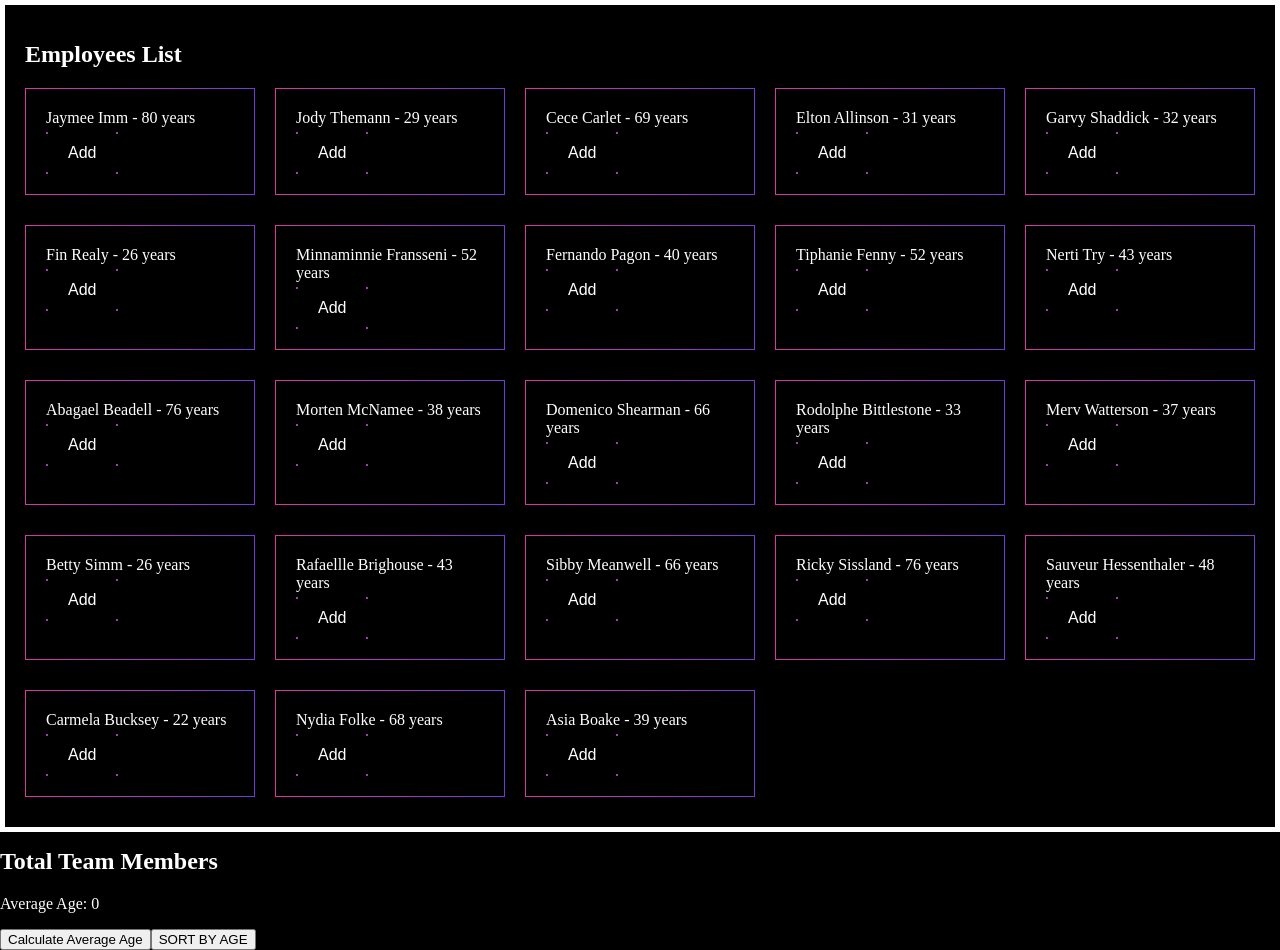
Repository: sriram1224/Teams-list
Page: /
An editor plug-in stored every save of this project. The page is shown before and after the next save, followed by the edit.
The browser window is 1280 px wide. The pictures show the whole page.
The project was rebuilt for these pictures with package versions that can differ from the ones it lists, and the page was loaded fresh each time.

Above is the page before, as saved 2024-03-27 00:11:03.

### src/index.css
body {
  margin: 0;
 background-color: black;
 color : white;
}

code {
  font-family: source-code-pro, Menlo, Monaco, Consolas, 'Courier New',
    monospace;
}

### src/App.js
import Main from "./main";
import React from 'react';

function App() {
  return (
    <div >
      <Main />
    </div>
  );
}

export default App;

### src/main.jsx
import React, { useReducer } from 'react';
import EmployeesList from './EmloyeesList';
import TotalEmployees from './TotalEmployees';

const employees = [
  {"id":1,"first_name":"Jaymee","last_name":"Imm","email":"jimm0@craigslist.org","gender":"Genderqueer","age":80},
{"id":2,"first_name":"Jody","last_name":"Themann","email":"jthemann1@skyrock.com","gender":"Agender","age":29},
{"id":3,"first_name":"Cece","last_name":"Carlet","email":"ccarlet2@jalbum.net","gender":"Male","age":69},
{"id":4,"first_name":"Elton","last_name":"Allinson","email":"eallinson3@jugem.jp","gender":"Male","age":31},
{"id":5,"first_name":"Garvy","last_name":"Shaddick","email":"gshaddick4@rediff.com","gender":"Male","age":32},
{"id":6,"first_name":"Fin","last_name":"Realy","email":"frealy5@unc.edu","gender":"Male","age":26},
{"id":7,"first_name":"Minnaminnie","last_name":"Fransseni","email":"mfransseni6@aboutads.info","gender":"Agender","age":52},
{"id":8,"first_name":"Fernando","last_name":"Pagon","email":"fpagon7@blogs.com","gender":"Male","age":40},
{"id":9,"first_name":"Tiphanie","last_name":"Fenny","email":"tfenny8@sakura.ne.jp","gender":"Female","age":52},
{"id":10,"first_name":"Nerti","last_name":"Try","email":"ntry9@shareasale.com","gender":"Female","age":43},
{"id":11,"first_name":"Abagael","last_name":"Beadell","email":"abeadella@unc.edu","gender":"Female","age":76},
{"id":12,"first_name":"Morten","last_name":"McNamee","email":"mmcnameeb@sun.com","gender":"Male","age":38},
{"id":13,"first_name":"Domenico","last_name":"Shearman","email":"dshearmanc@seesaa.net","gender":"Male","age":66},
{"id":14,"first_name":"Rodolphe","last_name":"Bittlestone","email":"rbittlestoned@51.la","gender":"Male","age":33},
{"id":15,"first_name":"Merv","last_name":"Watterson","email":"mwattersone@storify.com","gender":"Male","age":37},
{"id":16,"first_name":"Betty","last_name":"Simm","email":"bsimmf@engadget.com","gender":"Female","age":26},
{"id":17,"first_name":"Rafaellle","last_name":"Brighouse","email":"rbrighouseg@vinaora.com","gender":"Male","age":43},
{"id":18,"first_name":"Sibby","last_name":"Meanwell","email":"smeanwellh@independent.co.uk","gender":"Female","age":66},
{"id":19,"first_name":"Ricky","last_name":"Sissland","email":"rsisslandi@google.it","gender":"Male","age":76},
{"id":20,"first_name":"Sauveur","last_name":"Hessenthaler","email":"shessenthalerj@ocn.ne.jp","gender":"Male","age":48},
{"id":21,"first_name":"Carmela","last_name":"Bucksey","email":"cbuckseyk@acquirethisname.com","gender":"Female","age":22},
{"id":22,"first_name":"Nydia","last_name":"Folke","email":"nfolkel@disqus.com","gender":"Female","age":68},
{"id":23,"first_name":"Asia","last_name":"Boake","email":"aboakem@1und1.de","gender":"Female","age":39}
];
  // Your employee data goes here

function Main() {
  const [state, dispatch] = useReducer(reducer, { employees: employees, team: [] });

  function reducer(state, action) {
    switch(action.type) {
      case 'ADD':
        return {
          ...state,
          employees: state.employees.map(emp => emp.id === action.payload.id ? { ...emp, added: true } : emp),
          team: [...state.team, action.payload]
        };
      case 'DELETE':
        return {
          ...state,
          employees: state.employees.map(emp => emp.id === action.payload.id ? { ...emp, added: false } : emp),
          team: state.team.filter(emp => emp.id !== action.payload.id)
        };
      case 'Calculate_Average':
        const totalAge = state.team.reduce((acc, emp) => acc + emp.age, 0);
        const averageAge = totalAge / state.team.length || 0;
        return {
          ...state,
          averageAge
        };
      case 'sort':
        return {
          ...state,
          team: state.team.sort((a, b) => a.age - b.age),
        };
      default:
        return state;
    }
  }

  return (
    <div>
      <EmployeesList employees={state.employees} dispatch={dispatch} />
      <TotalEmployees team={state.team} dispatch={dispatch} />
    </div>
  );
}

export default Main;

### src/EmloyeesList.jsx
import React from 'react'
import './list.css';

const EmployeesList = ({ employees, dispatch }) => {
    return (
        <div className="employees-list">
            <h1 className="header">Employees List</h1>
            <div className="employlist-main">

            {employees && employees.map(emp => (
                <div key={emp.id} className="employee-item">
                    <span className={emp.added ? "gray-text" : "white-text"}>
                        <p className="employee-info">{emp.first_name} {emp.last_name} - { emp.age} years</p>
                    </span>
                    {!emp.added && (
                        <button className="add-button" onClick={() => dispatch({ type: 'ADD', payload: emp })}>Add</button>
                    )}
                </div>
            ))}
        </div></div>
    );
}
export default EmployeesList;

### src/TotalEmployees.jsx
import React from "react";


const TotalEmployees = ({ team, dispatch }) => {
    const averageAge = team.reduce((total, emp) => total + emp.age, 0) / team.length;

    return (
        <div className="total-employees">
            <h1 className="header">Total Team Members</h1>
            {team && team.map(emp => (
                <div key={emp.id} className="employee-list">
                    <span className="employee-info">
                        <p>{emp.first_name} {emp.last_name} - {emp.age} years</p>
                    </span>
                    {!emp.added && (
                        <button className="remove-button" onClick={() => dispatch({ type: 'DELETE', payload: emp })}>Remove</button>
                    )}
                </div>
            ))}
            <p className="average-age">Average Age: {team.length > 0 ? averageAge : 0}</p>
            <button className="average-button" onClick={() => dispatch({ type: "Calculate_Average" })}>
                Calculate Average Age
            </button>
            <button className="sort-button" onClick={() => dispatch({ type: "sort" })}>
                SORT BY AGE
            </button>
        </div>
    );
}

export default TotalEmployees;

### src/list.css
.employees-list {
    padding: 20px;
    border: 10px solid;
    border-image-slice: 1;
    border-width: 5px;
}

.header {
    font-size: 24px;
    margin-bottom: 20px;
}

.employee-item {
    margin-bottom: 10px;
    padding: 20px;
        border: 4px solid;
        border-image-slice: 1;
        border-width: 1px;
        color: white;
}

.employee-info {
    margin: 0;
}
.employlist-main{
    display: grid;
        grid-template-columns: repeat(auto-fill, minmax(200px, 1fr));
        grid-gap: 20px;

}

.add-button {

    /* Green */
    background-color:transparent;
     border-image-slice: 1;
    border: 2px solid;
    color: white;
    padding: 10px 20px;
    text-align: center;
    text-decoration: none;
    display: inline-block;
    font-size: 16px;
    margin-top: 5px;
    cursor: pointer;
    border-image-source: linear-gradient(to left, #743ad5, #d53a9d);
}

.gray-text {
    color: gray;
}

.white-text {
    color: rgb(255, 255, 255);
}



.employee-item {
    border-image-source: linear-gradient(to left, #743ad5, #d53a9d);
}

Loaded but not shown: public/index.html (common file); src/index.js (common file); src/reportWebVitals.js (common file)

After the next save:
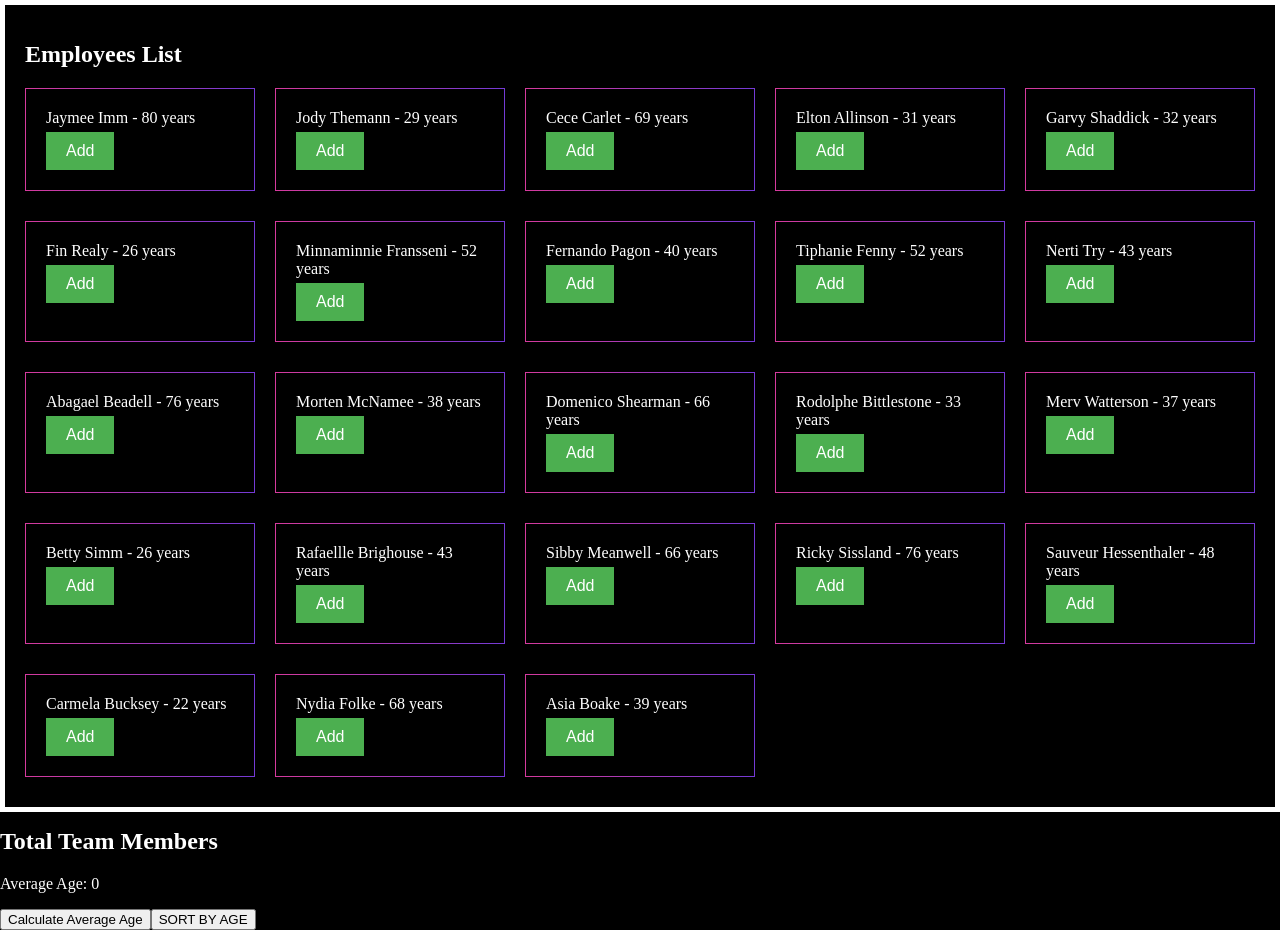
Saved 98 s later.
--- a/src/list.css
+++ b/src/list.css
@@ -30,11 +30,9 @@
 }
 
 .add-button {
-
+    background-color: #4CAF50;
     /* Green */
-    background-color:transparent;
-     border-image-slice: 1;
-    border: 2px solid;
+    border: none;
     color: white;
     padding: 10px 20px;
     text-align: center;
@@ -43,7 +41,6 @@
     font-size: 16px;
     margin-top: 5px;
     cursor: pointer;
-    border-image-source: linear-gradient(to left, #743ad5, #d53a9d);
 }
 
 .gray-text {
